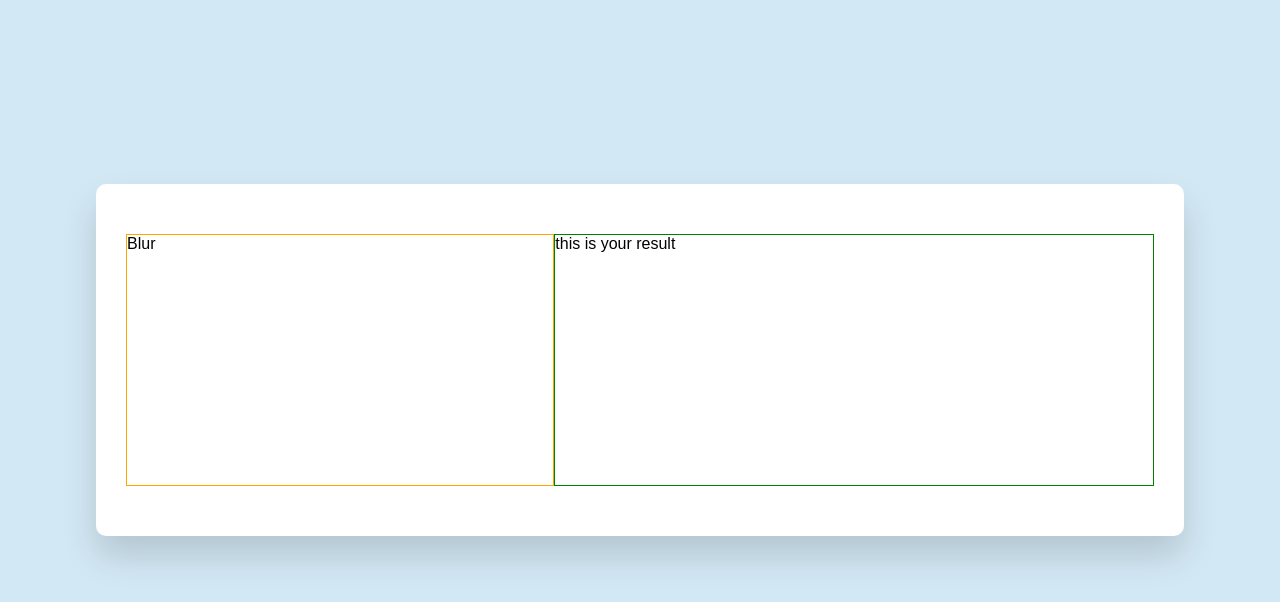
Repository: Larrowo/Challenges
Page: Photo filter/index.html
The author's editor kept a copy of each file at every save. The page is drawn from the files as they stood at one save, then again after the next save.
The browser window is 1280 px wide. The pictures show the whole page.

Above is the page before, as saved 2022-04-01 12:16:02.

### Photo filter/index.html
<!DOCTYPE html>
<html lang="en">
<head>
    <meta charset="UTF-8">
    <meta http-equiv="X-UA-Compatible" content="IE=edge">
    <meta name="viewport" content="width=device-width, initial-scale=1.0">
    <link rel="stylesheet" href="style.css">
    <script src="script.js" defer></script>
    <title>Document</title>
</head>
<body>
    <div class="wrapper">
        <div class="editor">
            <div class="filter">
                <label for="blur">Blur</label>
            </div>
        </div>
        <div class="results">
            <label for="result">this is your result</label>
        </div>
    </div>
</body>
</html>

### Photo filter/style.css
*{
    padding: 0;
    margin: 0;
    box-sizing: border-box;
    font-family: "Rubik",sans-serif;
}

body{
    background-color: #d3e8f5;
}

 .wrapper{
     width: 85vw;
     padding: 50px 30px;
     background-color: #ffffff;
     position: absolute;
     transform: translate(-50%,-50%);
     top: 50%;
     left: 50%;
     border-radius: 10px;
     box-shadow: 0 20px 35px rgba(0,0,0,0.15);
     display: grid;
     grid-template-columns: 5fr 7fr;
 }

 .editor{
     border: 1px solid orange;
     min-height: 35vmin;
     display: flex;
     flex-direction: column;
 }

 .results{
     border: 1px solid green;
 }

Loaded but not shown: Photo filter/script.js (no copy from this time; the picture is the same without it)

After the next save:
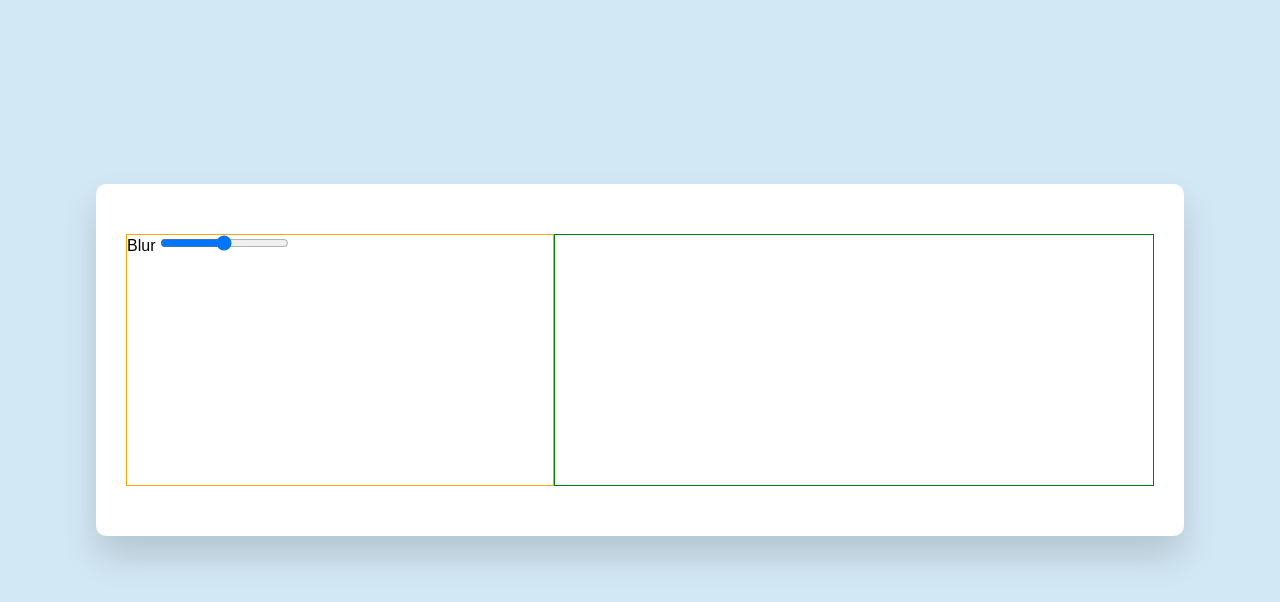
Saved 31 s later.
--- a/Photo filter/index.html
+++ b/Photo filter/index.html
@@ -13,10 +13,11 @@
         <div class="editor">
             <div class="filter">
                 <label for="blur">Blur</label>
+                <input type="range">
             </div>
         </div>
         <div class="results">
-            <label for="result">this is your result</label>
+
         </div>
     </div>
 </body>
